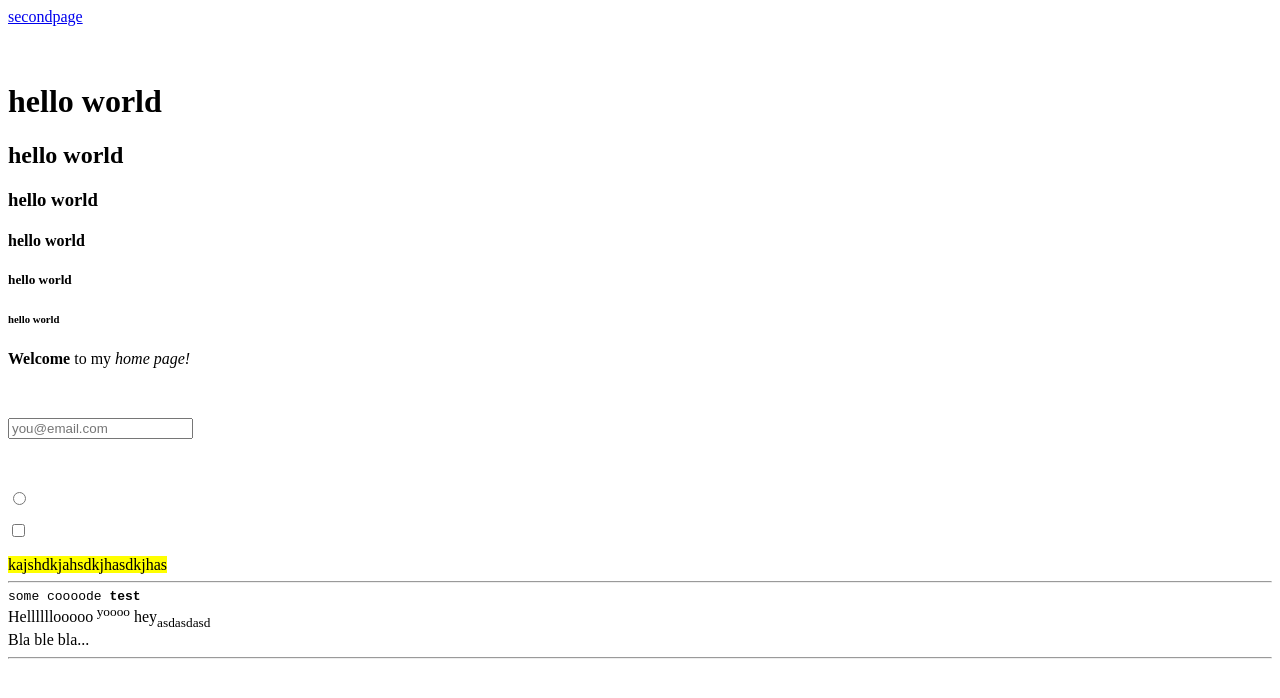
Repository: maltskan/maltskan.github.io
Page: index.html
The author's editor kept a record of every edit. The page is drawn from the files as they stood at one moment, then again after the next edit.
The browser window is 1280 px wide. The pictures show the whole page.

Above is the page before.

After the next edit:
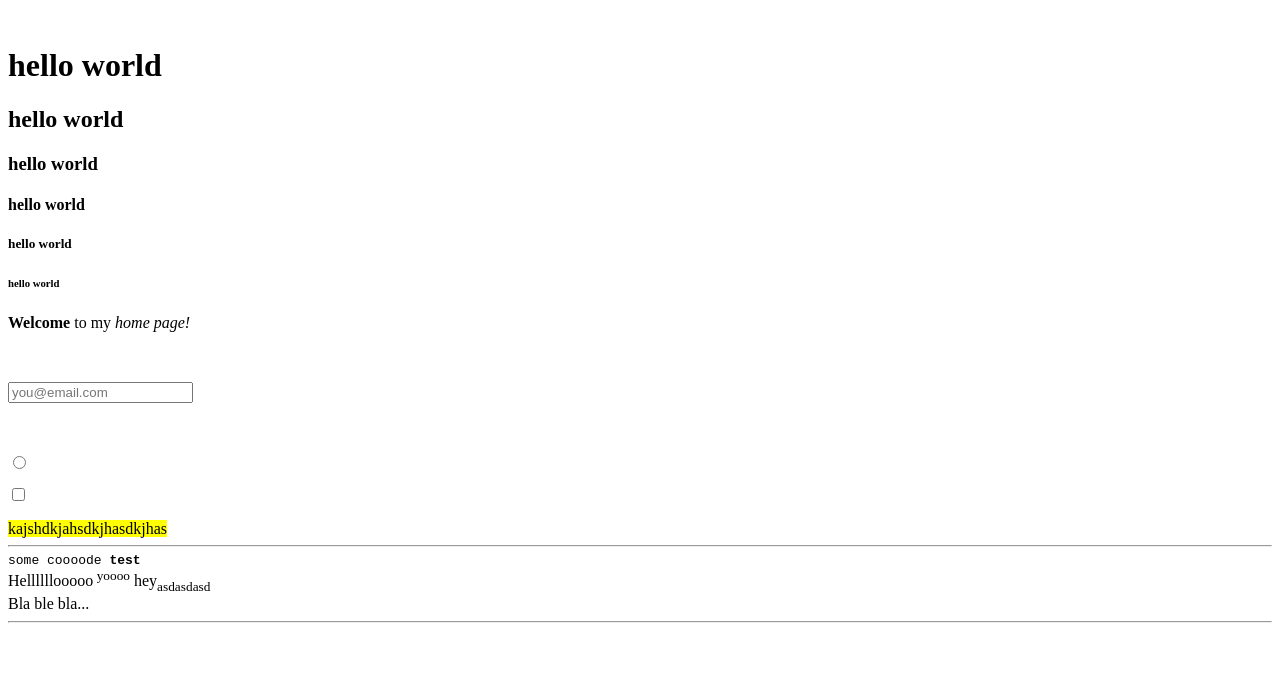
The edit:
--- a/index.html
+++ b/index.html
@@ -5,9 +5,7 @@
         </head>
 
         <body>
-            <a href= "firstproject/page2.html">secondpage</a>
-            <br>
-            <br>
+
             <br>
             <h1>hello world</h1>
             <h2>hello world</h2>
